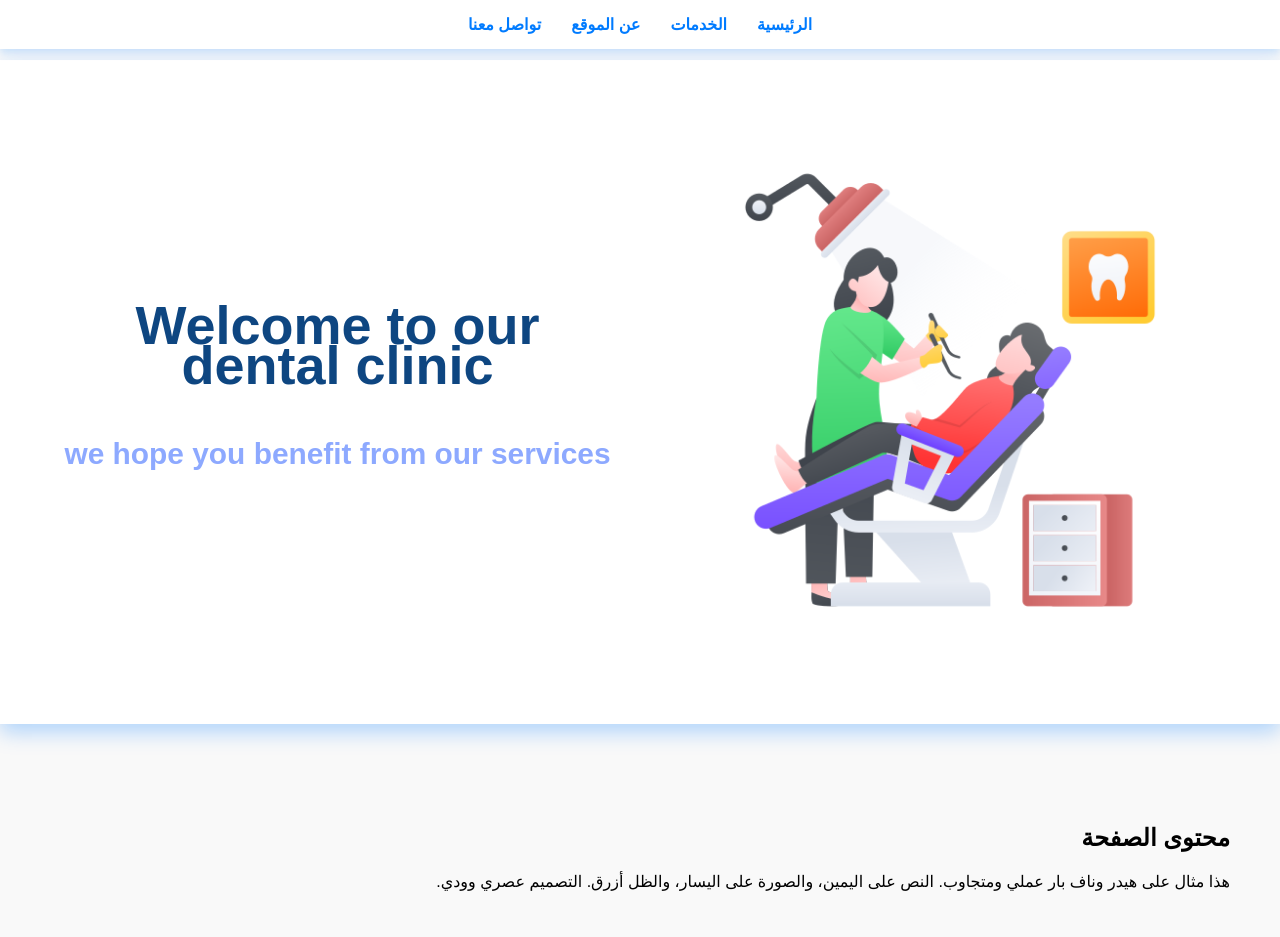
Repository: mysite4/s
Page: main/templates/home.html
The author's editor kept a copy of each file at every save. The page is drawn from the files as they stood at one save, then again after the next save.
The browser window is 1280 px wide. The pictures show the whole page.
Some web fonts or font styles are not loaded; a fallback is used. The page is served by the project's application, run on Django 5.2 (manage.py). Other server files are loaded and not shown. The template is opened directly, without the code that normally fills it, so the values that code supplies are empty.

Above is the page before, as saved 2025-10-19 18:22:05.

### main/templates/home.html
{% load static %}
<!DOCTYPE html>
<html lang="ar" dir="rtl">
<head>
<meta charset="UTF-8">
<meta name="viewport" content="width=device-width, initial-scale=1.0">
<title>ناف بار متطور</title>
<link href="https://fonts.googleapis.com/css2?family=Cairo:wght@200..1000&display=swap" rel="stylesheet">
<link rel="stylesheet" href="{% static 'css/style.css' %}">
</head>
<body>

<nav>
  <ul>
    <li><a href="#">الرئيسية</a></li>
    <li><a href="#">الخدمات</a></li>
    <li><a href="#">عن الموقع</a></li>
    <li><a href="#">تواصل معنا</a></li>
  </ul>
</nav>

<header>
  <div class="header-icon">
    <img src="{% static 'image/dentistry.png' %}" alt="ريم">
  </div>
  <div class="header-text"><h2>Welcome to our dental clinic</h2><h5 style="color: rgb(141, 169, 255);">we hope you benefit from our services</h5></div>
</header>

<main>
  <h2>محتوى الصفحة</h2>
  <p>هذا مثال على هيدر وناف بار عملي ومتجاوب. النص على اليمين، والصورة على اليسار، والظل أزرق. التصميم عصري وودي.</p>
</main>

</body>
</html>

### mysite/urls.py
"""
URL configuration for mysite project.

The `urlpatterns` list routes URLs to views. For more information please see:
    https://docs.djangoproject.com/en/5.2/topics/http/urls/
Examples:
Function views
    1. Add an import:  from my_app import views
    2. Add a URL to urlpatterns:  path('', views.home, name='home')
Class-based views
    1. Add an import:  from other_app.views import Home
    2. Add a URL to urlpatterns:  path('', Home.as_view(), name='home')
Including another URLconf
    1. Import the include() function: from django.urls import include, path
    2. Add a URL to urlpatterns:  path('blog/', include('blog.urls'))
"""
from django.contrib import admin
from django.urls import path, include

urlpatterns = [
    path('admin/', admin.site.urls),
    path('', include('main.urls')),
]

### main/static/css/style.css
body {
  font-family: 'Cairo', sans-serif;
  margin: 0;
  padding: 0;
  background-color: #f9f9f9;
}

/* Navbar */
nav {
  width: 100%;
  background-color: #ffffff;
  box-shadow: 0 4px 8px rgba(0, 123, 255, 0.2);
  position: fixed;
  top: 0;
  z-index: 1000;
}

nav ul {
  display: flex;
  justify-content: center; /* النص في المنتصف */
  list-style: none;
  margin: 0;
  padding: 0 30px;
}

nav ul li {
  margin: 0 15px;
}

nav ul li a {
  text-decoration: none;
  color: #007bff;
  font-weight: 600;
  padding: 15px 0;
  display: inline-block;
  transition: color 0.3s, border-bottom 0.3s;
}

nav ul li a:hover {
  color: #0056b3;
  border-bottom: 3px solid #007bff;
}

/* Header */
header {
  display: flex;
  justify-content: space-between;
  align-items: center;
  padding: 80px 80px 80px 50px;
  background-color: #ffffff;
  box-shadow: 0 8px 20px rgba(0, 123, 255, 0.3);
  margin-top: 60px;
  flex-direction: row; /* النص على اليمين، الصورة على اليسار */
}

.header-text {
  max-width: 50%;
  font-size: 36px;
  font-weight: 700;
  color: #0e4681;
  text-align:center ; /* النص على اليمين */
  direction: ltr;
  line-height: 40px;
}

.header-icon img {
  width: 500px;
  height: auto;
  border-radius: 15px;
}

main {
  padding: 30px 50px;
  margin-top: 50px;
}

@media (max-width: 992px) {
  header {
    flex-direction: column; /* يبقى عمودي للشاشات الصغيرة */
    text-align: center;
    padding: 100px 20px 50px 20px;
  }

  .header-text {
    max-width: 100%;
    margin-bottom: 20px;
    text-align: center;
  }

  .header-icon img {
    width: 80%;
  }

  nav ul {
    justify-content: center;
  }
}

Loaded but not shown: main/urls.py (common file)

After the next save:
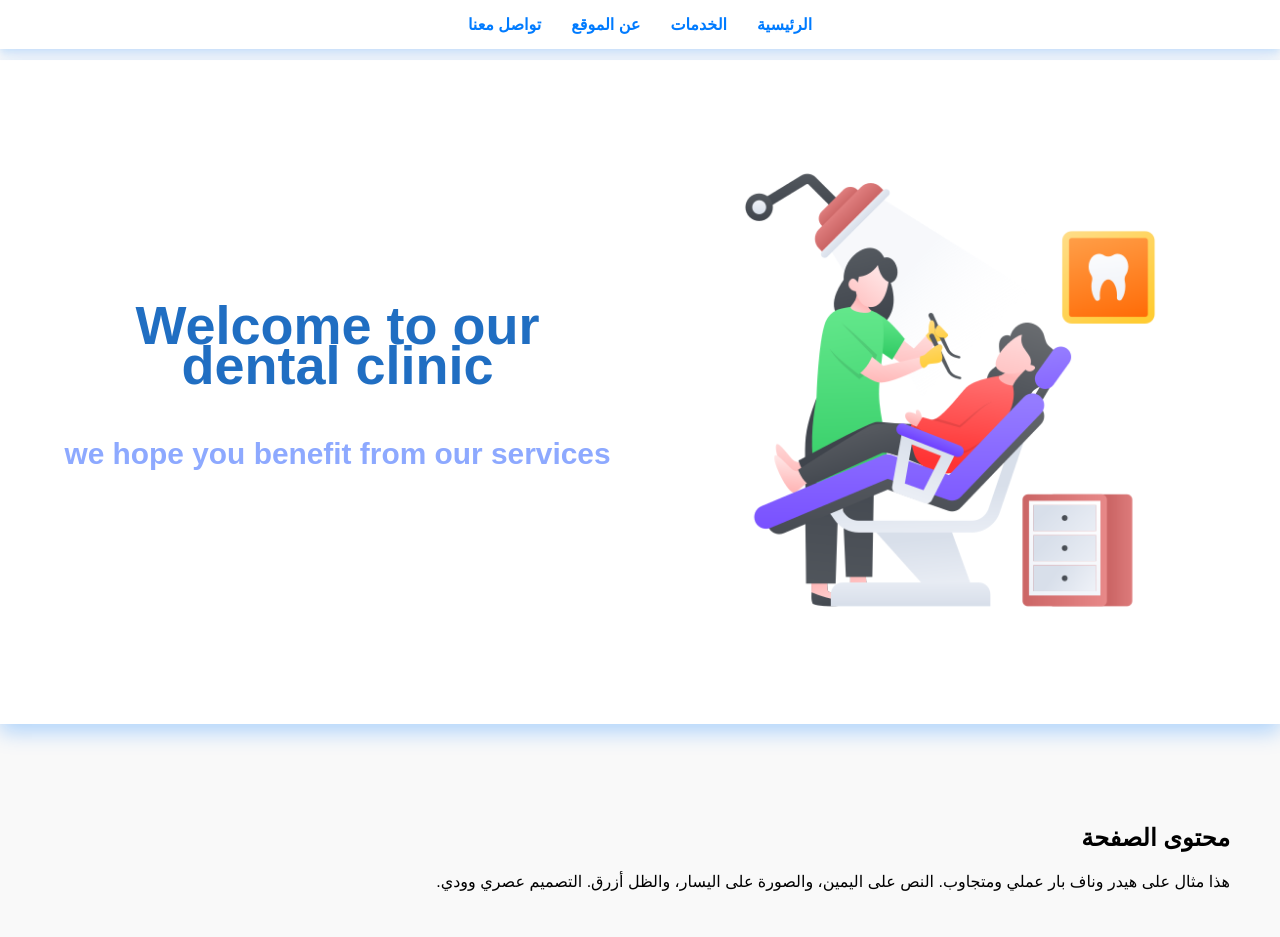
Saved 30 s later.
--- a/main/static/css/style.css
+++ b/main/static/css/style.css
@@ -57,7 +57,7 @@
   max-width: 50%;
   font-size: 36px;
   font-weight: 700;
-  color: #0e4681;
+  color: #206ec2;
   text-align:center ; /* النص على اليمين */
   direction: ltr;
   line-height: 40px;
